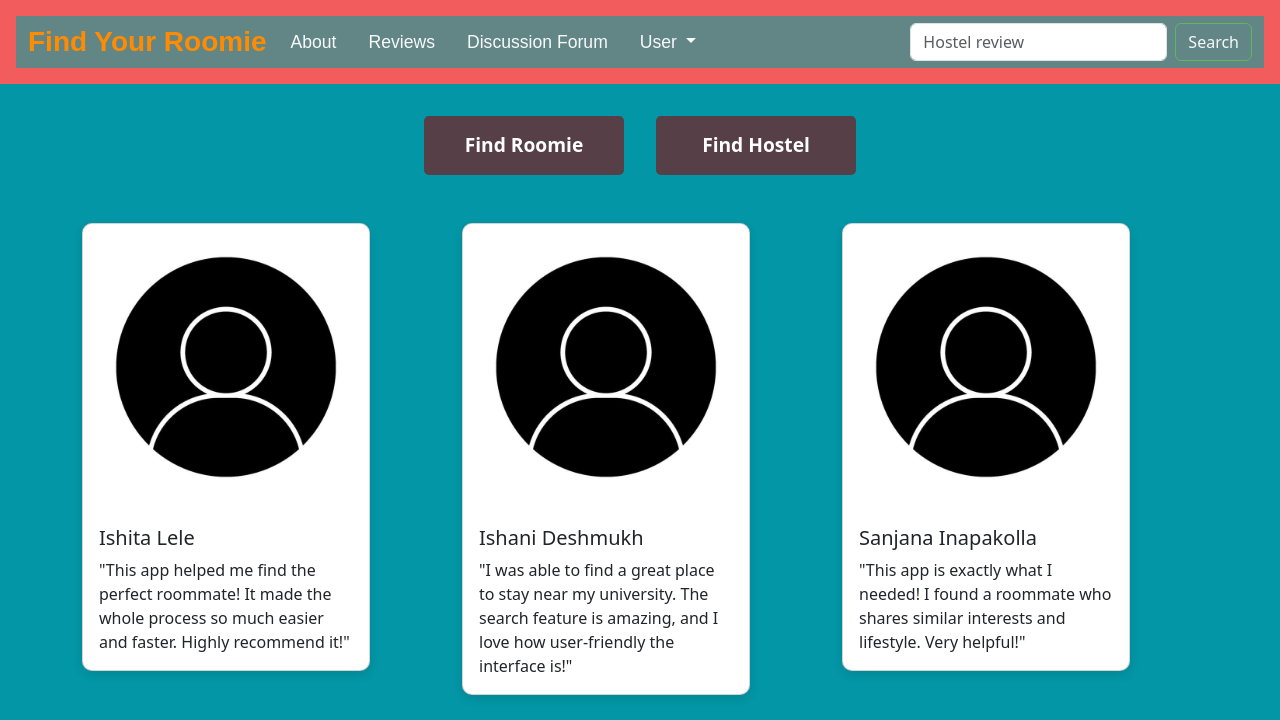
Repository: Sanjana-Inapakolla/Find-your-Roomie-website
Page: mini-project(jfst)/MiniProject/src/main/webapp/home.html
An editor plug-in stored every save of this project. The page is shown before and after the next save, followed by the edit.
The browser window is 1280 px wide. The pictures show the whole page.

Above is the page before, as saved 2024-11-13 07:02:19.

### mini-project(jfst)/MiniProject/src/main/webapp/home.html
<!DOCTYPE html>
<html lang="en">
<head>
  <meta charset="ISO-8859-1">
  <title>Home Page</title>
 <link href="https://cdn.jsdelivr.net/npm/bootstrap@5.3.3/dist/css/bootstrap.min.css" rel="stylesheet" integrity="sha384-QWTKZyjpPEjISv5WaRU9OFeRpok6YctnYmDr5pNlyT2bRjXh0JMhjY6hW+ALEwIH" crossorigin="anonymous">
  <style>
    /* Navbar Styling */
    .navbar {
      background-color: #F25C5C;
      padding: 1rem;
    }

    /* Navbar Brand (Logo/Text) */
    .navbar-brand {
      color: #f8f9fa;
      font-size: 1.75rem;
      font-weight: bold;
      font-family: 'Arial', sans-serif;
      color: #ff8c00;
    }

    /* Navbar Links (Home, Reviews, Discussion Forum) */
    .navbar-nav .nav-link {
      color: #f8f9fa;
      font-size: 1.1rem;
      font-family: 'Arial', sans-serif;
      margin-right: 1rem;
      transition: color 0.3s;
    }

    /* Active Link Color */
    .navbar-nav .nav-link.active {
      color: #f8f9fa !important;
    }

    /* Hover Effect for Links (Home, Reviews, Discussion Forum) */
    .navbar-nav .nav-link:hover {
      color: #5cb85c;
    }

    /* Active Link Hover (Ensures the hover color is still applied even if it's active) */
    .navbar-nav .nav-link.active:hover {
      color: #5cb85c !important;
    }

    /* Search Button */
    .btn-outline-success {
      color: #f8f9fa;
      border-color: #5cb85c;
      transition: background-color 0.3s, color 0.3s;
    }

    /* Search Button Hover */
    .btn-outline-success:hover {
      background-color: #5cb85c;
      color: #fff;
    }

    /* Home Page Buttons Styling */
    .home-buttons {
      display: flex;
      justify-content: center;
      gap: 2rem;
      margin-top: 2rem;
    }

    .home-buttons .btn {
      font-size: 1.2rem;
      padding: 15px 30px;
      border-radius: 5px;
      font-weight: bold;
      width: 200px;
      transition: transform 0.3s;
    }

    /* Hover Effect for Buttons */
    .home-buttons .btn:hover {
      transform: scale(1.05);
    }

    .find-roomie {
      background-color: #563f46;
      color: white;
      border: none;
    }

    .find-roomie:hover {
      background-color: #0056b3;
    }

    .find-hostel {
      background-color: #563f46;
      color: white;
      border: none;
    }

    .find-hostel:hover {
      background-color: #218838;
    }

    .card {
      width: 18rem;
      border-radius: 10px;
      box-shadow: 0 4px 10px rgba(0, 0, 0, 0.1);
    }
    .card-img-top {
      border-radius: 10px 10px 0 0;
    }

    body{
      background-color: #0396A6;
    }
  </style>
</head>
<body>

<!-- Navbar -->
<nav class="navbar navbar-expand-lg">
  <div class="container-fluid" style="background-color: #618685;">
    <a class="navbar-brand" href="#">Find Your Roomie</a>
    <button class="navbar-toggler" type="button" data-bs-toggle="collapse" data-bs-target="#navbarNav" aria-controls="navbarNav" aria-expanded="false" aria-label="Toggle navigation">
      <span class="navbar-toggler-icon"></span>
    </button>
    <div class="collapse navbar-collapse" id="navbarNav">
      <ul class="navbar-nav me-auto">
        <li class="nav-item">
          <a class="nav-link active" aria-current="page" href="About.jsp">About</a>
        </li>
        <li class="nav-item">
          <a class="nav-link" href="Rating.jsp">Reviews</a>
        </li>
        <li class="nav-item">
          <a class="nav-link" href="BeforeChat">Discussion Forum</a>
        </li>
        <li class="nav-item dropdown">
          <a class="nav-link dropdown-toggle" href="#" role="button" data-bs-toggle="dropdown" aria-expanded="false">
            User
          </a>
          <ul class="dropdown-menu">
            <li><a class="dropdown-item" href="Profile">My Profile</a></li>
            <li><a class="dropdown-item" href="BeforeUpdate">Account Settings</a></li>
            <li><a class="dropdown-item" href="LogoutServlet">Logout</a></li>
          </ul>
        </li>
      </ul>

      <!-- Search Button on the Right -->
      <form class="d-flex ms-auto" action="HostelSearch">
        <input class="form-control me-2" name="hostel-search" type="search" placeholder="Hostel review" aria-label="Search">
        <button class="btn btn-outline-success" type="submit">Search</button>
      </form>
    </div>
  </div>
</nav>

<!-- Buttons for Find Roomie and Find Hostel -->
<div class="home-buttons">
  <button class="btn find-roomie" onclick="window.location.href='Match';">Find Roomie</button>
 <button class="btn find-hostel" onclick="window.location='public/HostelGeoMap.html';">Find Hostel</button>
</div>

<div class="container mt-5">
  <div class="row justify-content-center">
    <!-- Card 1 -->
    <div class="col-md-4 mb-4">
      <div class="card">
        <img src="images\profile.jpg" class="card-img-top" alt="User Image">
        <div class="card-body">
          <h5 class="card-title">Ishita Lele</h5>
          <p class="card-text">"This app helped me find the perfect roommate! It made the whole process so much easier and faster. Highly recommend it!"</p>
        </div>
      </div>
    </div>

    <!-- Card 2 -->
    <div class="col-md-4 mb-4">
      <div class="card">
        <img src="images\profile.jpg" class="card-img-top" alt="User Image">
        <div class="card-body">
          <h5 class="card-title">Ishani Deshmukh</h5>
          <p class="card-text">"I was able to find a great place to stay near my university. The search feature is amazing, and I love how user-friendly the interface is!"</p>
        </div>
      </div>
    </div>

    <!-- Card 3 -->
    <div class="col-md-4 mb-4">
      <div class="card">
        <img src="images\profile.jpg" class="card-img-top" alt="User Image">
        <div class="card-body">
          <h5 class="card-title">Sanjana Inapakolla</h5>
          <p class="card-text">"This app is exactly what I needed! I found a roommate who shares similar interests and lifestyle. Very helpful!"</p>
        </div>
      </div>
    </div>
  </div>
</div>

<!-- Bootstrap JS -->
<script src="https://cdn.jsdelivr.net/npm/bootstrap@5.3.3/dist/js/bootstrap.bundle.min.js" integrity="sha384-YvpcrYf0tY3lHB60NNkmXc5s9fDVZLESaAA55NDzOxhy9GkcIdslK1eN7N6jIeHz" crossorigin="anonymous"></script>
</body>
</html>

After the next save:
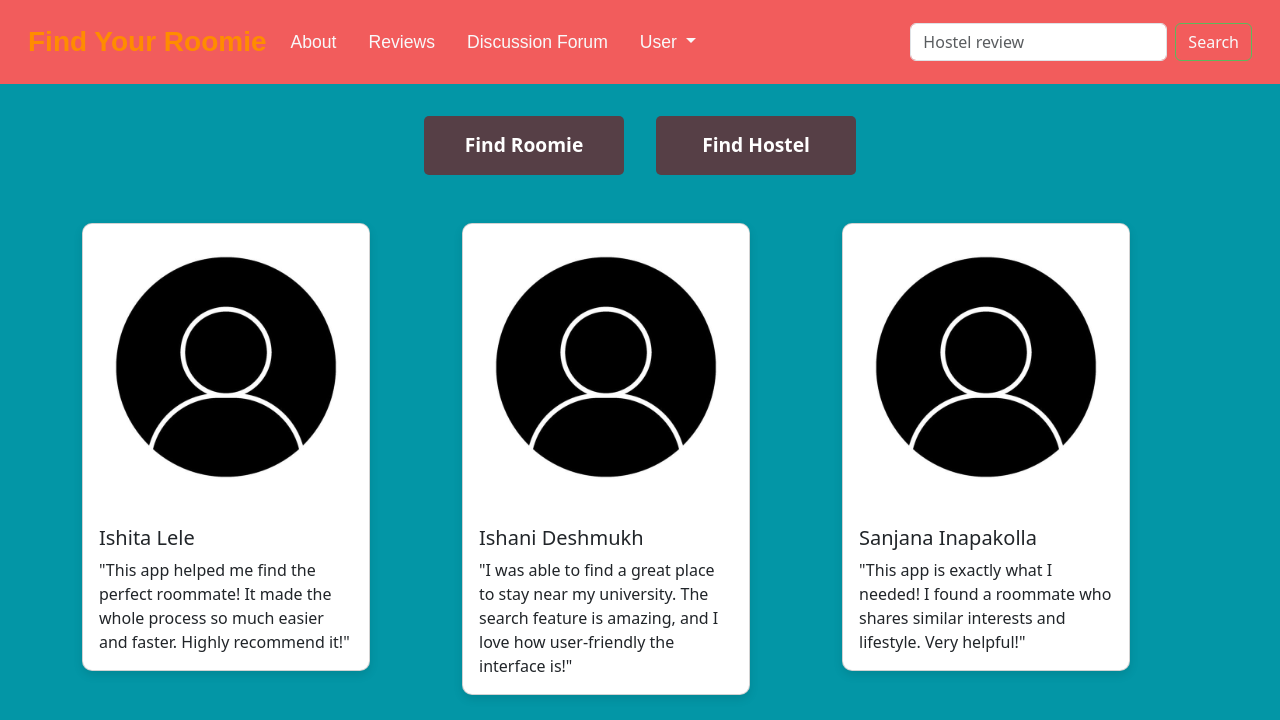
Saved 71 s later.
--- a/mini-project(jfst)/MiniProject/src/main/webapp/home.html
+++ b/mini-project(jfst)/MiniProject/src/main/webapp/home.html
@@ -117,7 +117,7 @@
 
 <!-- Navbar -->
 <nav class="navbar navbar-expand-lg">
-  <div class="container-fluid" style="background-color: #618685;">
+  <div class="container-fluid" style="background-color: #F25C5C;">
     <a class="navbar-brand" href="#">Find Your Roomie</a>
     <button class="navbar-toggler" type="button" data-bs-toggle="collapse" data-bs-target="#navbarNav" aria-controls="navbarNav" aria-expanded="false" aria-label="Toggle navigation">
       <span class="navbar-toggler-icon"></span>
